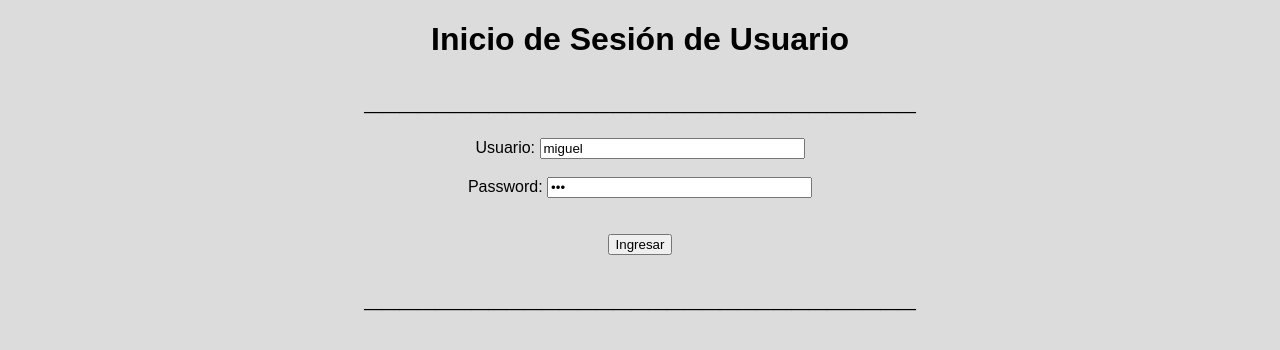
Repository: miguelalvarezcl/examen
Page: http://localhost/CtaCorriente/login.jsp
These files come from the project's save history. The page is drawn as it stood at one moment and after the next save; the edit follows.
The browser window is 1280 px wide. The pictures show the whole page.
The page is served by Tomcat 9.

Above is the page before, as saved 2021-11-13 04:07:30.

After the next save:
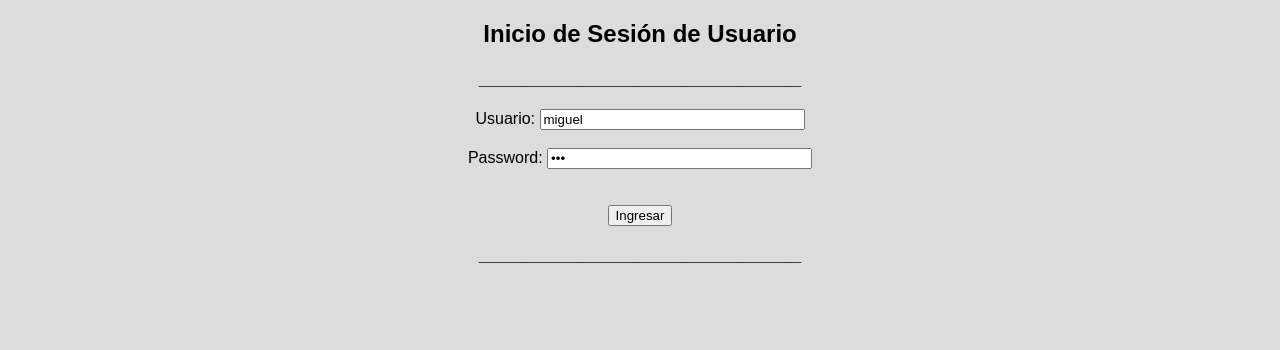
Saved 36 s later.
--- a/CtaCorriente/WebContent/login.jsp
+++ b/CtaCorriente/WebContent/login.jsp
@@ -9,8 +9,8 @@
 </head>
 <body>
 	<div style="text-align: center">
-		<h1>Inicio de Sesión de Usuario</h1>
-		<h1>_______________________________</h1>
+		<h2>Inicio de Sesión de Usuario</h2>
+		<h3>_______________________________</h3>
 		<form action="login" method="post" id="loginForm">
 			<label for="usuario">Usuario:</label>
 			<input name="usuario" size="30" value = "miguel"/>
@@ -20,7 +20,7 @@
 			<br>${message}
 			<br><br>
 			<button type="submit">Ingresar</button>
-			<h1>_______________________________</h1>
+			<h3>_______________________________</h3>
 		</form>
 	</div>
 </body>
